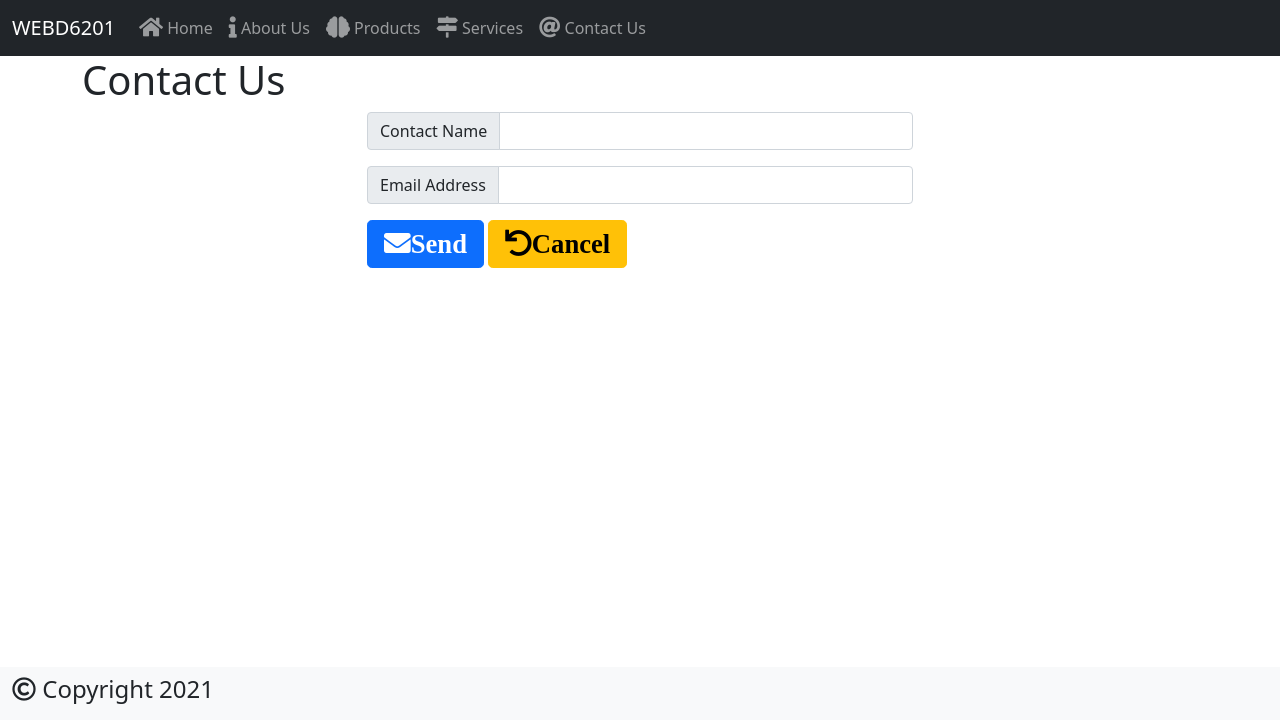
Repository: GarlicButterBoy/WEBD6201-Week1
Page: contact.html
The author's editor kept a copy of each file at every save. The page is drawn from the files as they stood at one save, then again after a run of saves.
The browser window is 1280 px wide. The pictures show the whole page.

Above is the page before, as saved 2021-01-21 09:34:07.
Console error: TypeError: Cannot read properties of null (reading 'addEventListener')

After the next 2 saves:
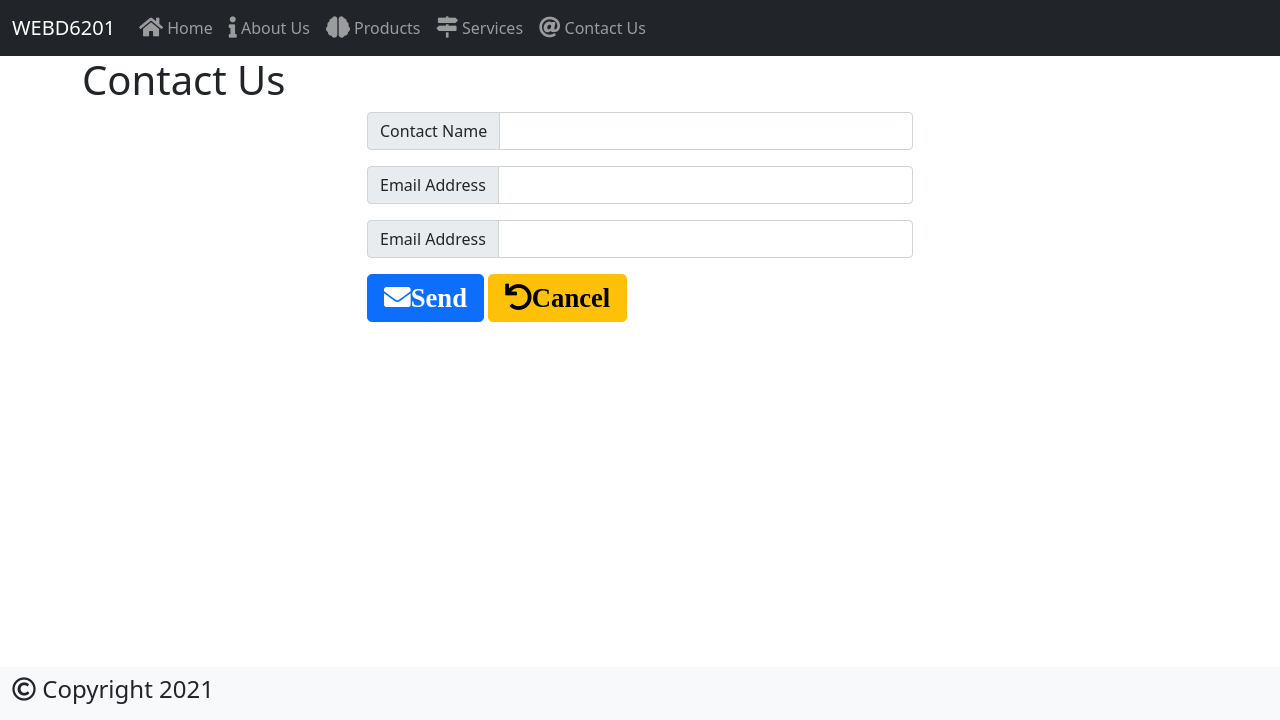
The 2 saves are shown as one change because they came seconds apart.
The last was saved 7 s later.
--- a/contact.html
+++ b/contact.html
@@ -72,6 +72,11 @@
             <input id="emailAddress" type="email" class="form-control" aria-label="Email Address" aria-describedby="Email Address Input" name="emailAddress" required>
           </div>
 
+          <div class="input-group mb-3">
+            <span class="input-group-text" id="inputGroup-sizing-default">Email Address</span>
+            <input id="emailAddress" type="email" class="form-control" aria-label="Email Address" aria-describedby="Email Address Input" name="emailAddress" required>
+          </div>
+
           <button type="submit" class="btn btn-primary btn-lg" id="sendButton"><i class="fas fa-envelope fa-lg">Send</i></button>
           <button type="reset" class="btn btn-warning btn-lg" id="cancelMeButton"><i class="fas fa-undo fa-lg">Cancel</i></button>
         </form>
